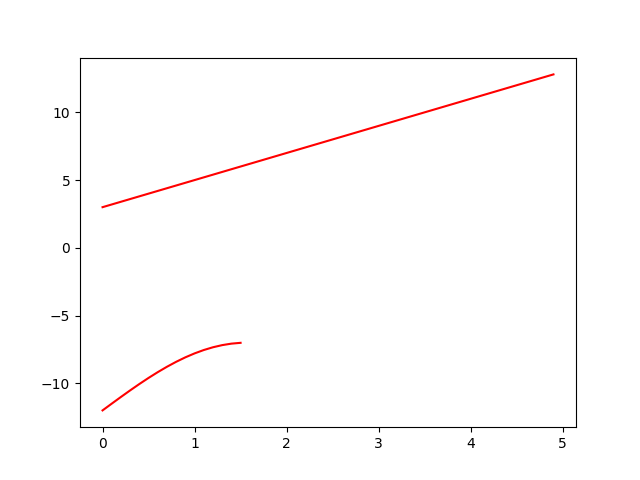
Repository: virangaj/python_labsheets
Script's output: python Tutorial_2/ex3.py
The author's editor kept a copy of each file at every save. The script's output is drawn from the files as they stood at one save, then again after the next save.
Random numbers start from a fixed seed.

Above is the script's output before, as saved 2022-07-03 22:57:37.

After the next save:
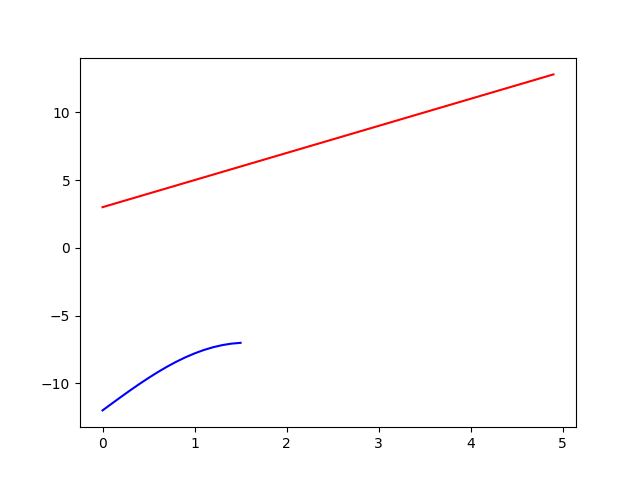
Saved 9 s later.
--- a/Tutorial_2/ex3.py
+++ b/Tutorial_2/ex3.py
@@ -7,7 +7,7 @@ def create_graph():
     print(x)
     y = np.sin(x) *5 - 12
     print(y)
-    plt.plot(x,y, color='r', label='y=5sin(x)-12')
+    plt.plot(x,y, color='b', label='y=5sin(x)-12')
 
 
     t = np.arange(0, 5, 0.1)
